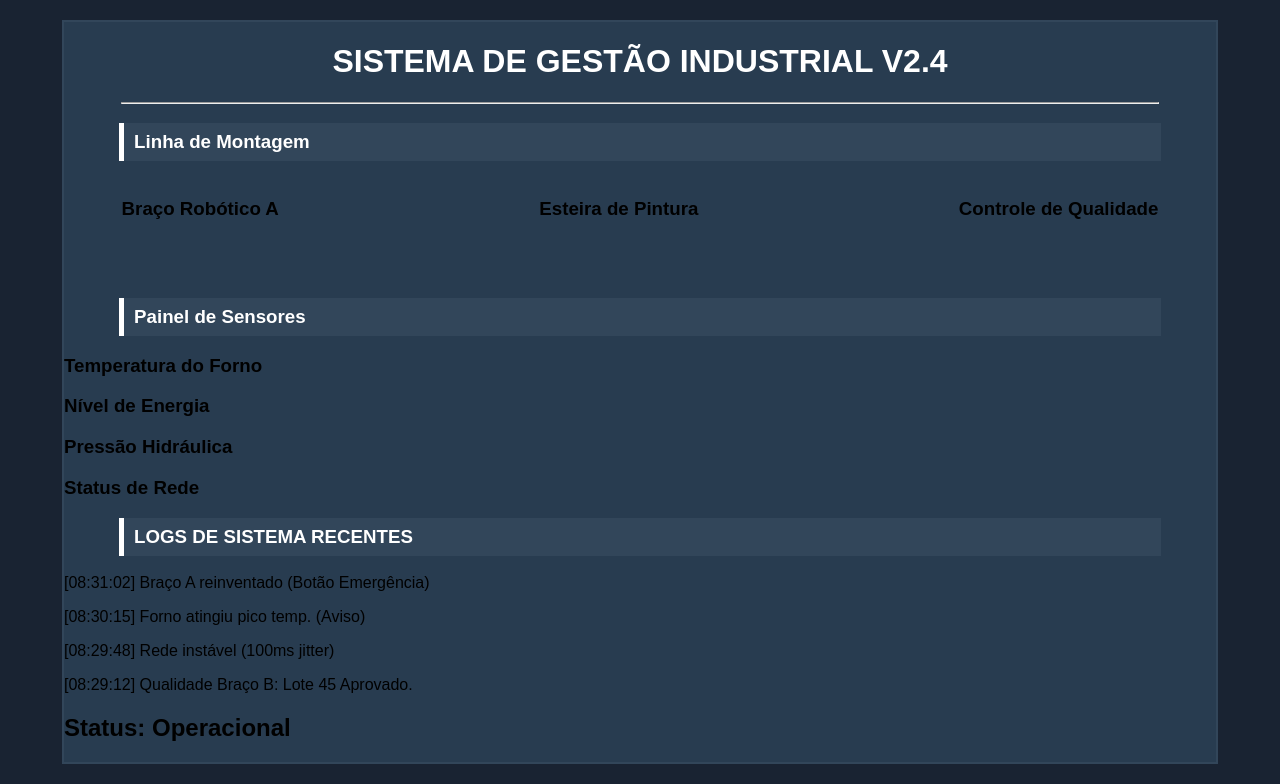
Repository: DanielEDapper/Front-WEG
Page: ProfeIgor/Aula5 - Dashboard Industrial/index.html
An editor plug-in stored every save of this project. The page is shown before and after a run of saves, followed by the edit.
The browser window is 1280 px wide. The pictures show the whole page.
Some icons come from a web library that is not loaded, so they are not drawn.

Above is the page before, as saved 2026-05-29 19:34:21.

### ProfeIgor/Aula5 - Dashboard Industrial/index.html
<!DOCTYPE html>
<html lang="en">
<head>
    <meta charset="UTF-8">
    <meta name="viewport" content="width=device-width, initial-scale=1.0">
    <link rel="stylesheet" href="style.css">
    <link rel='stylesheet' href='https://cdn-uicons.flaticon.com/4.0.0/uicons-bold-straight/css/uicons-bold-straight.css'>
    <title>Sistema de gestão Industrial</title>
</head>
<body>
    <div id="wrapper">
        <div id="header">
            <h1>SISTEMA DE GESTÃO INDUSTRIAL V2.4</h1>
        </div>
        <hr>
        <div id="main">
            <div class="container-main">

                <div class="titulo-sessao">
                    <h3>Linha de Montagem</h3>
                </div>
                <div class="container-montagem">
                    <div class="card">
                        <h3>Braço Robótico A</h3>
                        <i class="fi fi-bs-thumbtack"></i>
                    </div>
                    <div class="card">
                        <h3>Esteira de Pintura</h3>
                        <i class="fi fi-bs-arrow-right"></i>
                    </div>
                    <div class="card">
                        <h3>Controle de Qualidade</h3>
                        <i class="fi fi-bs-medal"></i>
                    </div>
                </div>


                <div class="titulo-sessao">
                    <h3>Painel de Sensores</h3>
                </div>
                <div class="container-sensores">
                    <div>
                        <h3>Temperatura do Forno</h3>
                        <i class="fi fi-bs-temperature-high"></i>
                    </div>
                    <div>
                        <h3>Nível de Energia</h3>
                        <i class="fi fi-bs-battery-half"></i>
                    </div>
                    <div>
                        <h3>Pressão Hidráulica</h3>
                        <i class="fi fi-bs-dashboard"></i>
                    </div>
                    <div>
                        <h3>Status de Rede</h3>
                        <i class="fi fi-bs-workflow-setting-alt"></i>
                    </div>
                </div>


                <div class="titulo-sessao">
                    <h3>LOGS DE SISTEMA RECENTES</h3>
                </div>
                <div class="container-logs">
                    <p>[08:31:02] Braço A reinventado (Botão Emergência)</p>
                    <p>[08:30:15] Forno atingiu pico temp. (Aviso)<p>
                    <p>[08:29:48] Rede instável (100ms jitter)</p>
                    <p>[08:29:12] Qualidade Braço B: Lote 45 Aprovado.</p>
                </div>
            </div>
        </div>
        <div id="footer">
            <h2>Status: Operacional</h2>
        </div>
    </div>
</body>
</html>

### ProfeIgor/Aula5 - Dashboard Industrial/style.css
:root{
    --bg-dark: #192332;
    --bg-main: #283C50;
    --bg-panel: #32465A;

    --warning: #F0C30F;
    --danger: #BE3728;
    --success: #2ECC71;

    --log-bg: #D2E6F5;

    --text: #FFFFFF;
    --text-secondary: #99A3AB;

    --accent-blue: #638CAB;
}

body{
    margin: 0;
    padding: 0;
    background-color: var(--bg-dark);
}

#wrapper{
    font-family: Arial, Helvetica, sans-serif;
    height: 90%;
    width: 90%;
    background-color: var(--bg-main);
    border: 2px solid var(--bg-panel);
    margin: 20px;
    justify-self: center;
}

#header{
    color: var(--text);
    text-align: center;
}

hr{
    width: 90%;
    font-weight: 400;
}

.titulo-sessao{
    background-color: var(--bg-panel);
    color: var(--text);
    width: 90%;
    justify-self: center;
    border-left: 5px solid var(--text);
}

.titulo-sessao h3{
    padding: 8px 0px 8px 10px;
}

.container-montagem{
    display: flex;
    width: 90%;
    justify-self: center;
    flex-basis: 200px;
    height: 100px;
    justify-content: space-between;
    gap: 20px;
}

.card{

}

After the next 3 saves:
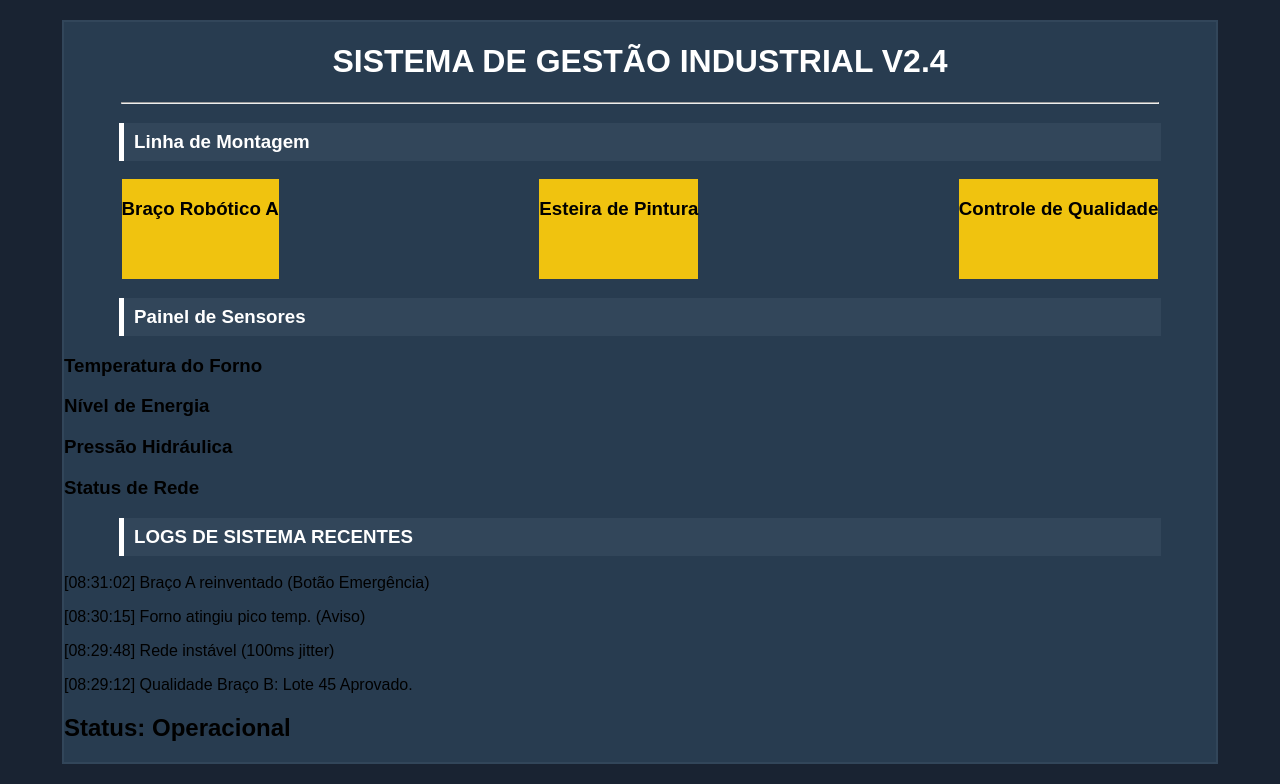
The 3 saves are shown as one change because they came seconds apart.
The last was saved 13 s later.
--- a/ProfeIgor/Aula5 - Dashboard Industrial/style.css
+++ b/ProfeIgor/Aula5 - Dashboard Industrial/style.css
@@ -64,5 +64,5 @@ hr{
 }
 
 .card{
-
+    background-color: var(--warning);
 }
